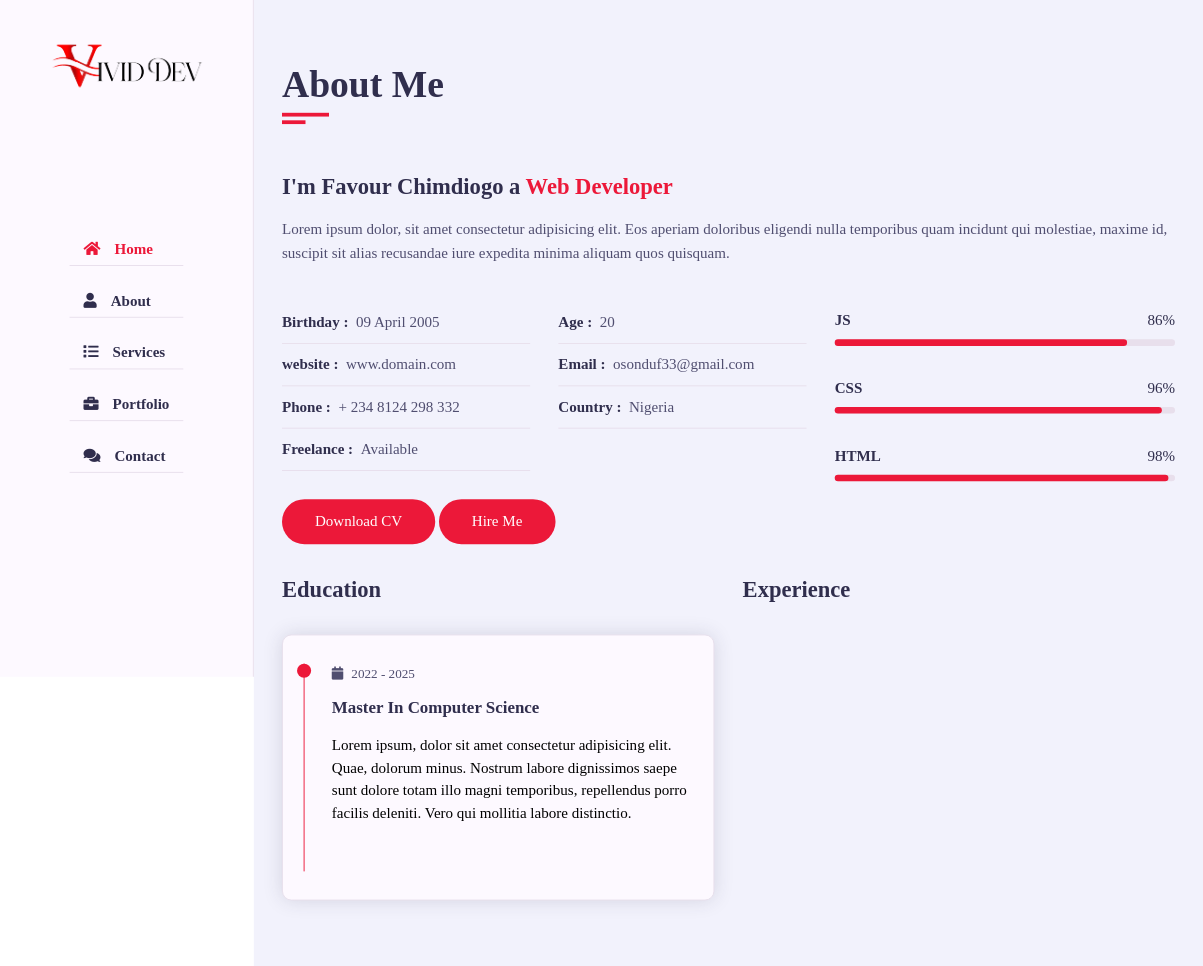
Repository: Big-Fave1/vivid-dev-portfolio
Page: build/index.html
These files come from the project's save history. The page is drawn as it stood at one moment and after the next save; the edit follows.
The browser window is 1280 px wide. The pictures show the whole page, at 94% of full size.
Some web fonts or font styles are not loaded; a fallback is used.

Above is the page before, as saved 2025-05-30 15:46:10.

### build/index.html
<!DOCTYPE html>
<html lang="en">
<head>
    <meta charset="UTF-8">
    <meta name="viewport" content="width=device-width, initial-scale=1.0">
    <title>Vivid Dev Portfolio</title>
    <link rel="stylesheet" href="css/style.css">
    <link rel="stylesheet" href="css/color-1.css">
    <link rel="stylesheet" href="https://cdnjs.cloudflare.com/ajax/libs/font-awesome/5.15.4/css/all.min.css">
</head>
<body>
    <!--- ==== main container Start==== -->
    <div class="main-container"></div>
    <!--- ==== Aside Start === -->
    <div class="aside">
        <div class="logo">
        <a href="#"><img src="img/vivid 3.png" alt=""></a>
        </div>
        <div class="nav-toggler">
            <i class="fa fa-bars" aria-hidden="true"></i>
        </div>
        <ul class="nav">
            <li><a href="#" class="active"><i class="fa fa-home"></i>Home</a></li>
            <li><a href="#"><i class="fa fa-user"></i>About</a></li>
            <li><a href="#"><i class="fa fa-list"></i>Services</a></li>
            <li><a href="#"><i class="fa fa-briefcase"></i>Portfolio</a></li>
            <li><a href="#"><i class="fa fa-comments"></i>Contact</a></li>
        </ul>
    </div>
    <!--- ==== Aside End === -->
    <!--- ==== Main content Start === -->
    <div class="main-content">
        <!--- === Home Section Start === -->
        <section class="home section hidden">
            <div class="container">
                <div class="row">
                    <div class="home-info padd-15">
                        <h3 class="hello">Hello, my name is <span class="name">Favour Chimdiogo</span></h3>
                        <h3 class="my-profession">I'm a <Span class="typing">Web Developer</Span></h3>
                        <p>I'm a web designer with extensive experience for over a year.My expertise is to create a website design, and many more...</p>
                    <a href="#contact" class="btn hire-me">Hire Me</a>
                    </div>
                    <div class="home-img padd-15">
                        <img src="img/home image.jpg" alt="">
                    </div>
                </div>
            </div>
        </section>
    <!--- === Home Section End === -->
    <!--- === About  Section Start === -->
        <section class="about section">
            <div class="container">
                <div class="row">
                    <div class="section-title padd-15">
                        <h2>About Me</h2>
                    </div>
                </div>
                <div class="row">
                    <div class="about-content padd-15">
                        <div class="row">
                            <div class="about-text padd-15">
                                <h3>I'm Favour Chimdiogo a <span>Web Developer</span></h3>
                                <p>Lorem ipsum dolor, sit amet consectetur adipisicing elit. Eos aperiam doloribus eligendi nulla temporibus quam incidunt qui molestiae, maxime id, suscipit sit alias recusandae iure expedita minima aliquam quos quisquam.</p>
                            </div>
                        </div>
                        <div class="row">
                            <div class="personal-info padd-15">
                                <div class="row">
                                    <div class="info-item padd-15">
                                        <p>Birthday : <span>09 April 2005</span></p>
                                    </div>
                                    <div class="info-item padd-15">
                                        <p>Age : <span>20</span></p>
                                    </div>
                                    <div class="info-item padd-15">
                                        <p>website : <span>www.domain.com</span></p>
                                    </div>
                                    <div class="info-item padd-15">
                                        <p>Email : <span>osonduf33@gmail.com</span></p>
                                    </div>
                                    <div class="info-item padd-15">
                                        <p>Phone : <span>+ 234 8124 298 332</span></p>
                                    </div>
                                    <div class="info-item padd-15">
                                        <p>Country : <span>Nigeria</span></p>
                                    </div>
                                    <div class="info-item padd-15">
                                        <p>Freelance : <span>Available</span></p>
                                    </div>
                                </div>
                                <div class="row">
                                    <div class="buttons padd-15">
                                        <a href="#" class="btn">Download CV</a>
                                        <a href="#contact" class="btn hire-me padd-15">Hire Me</a>
                                    </div>
                                </div>
                            </div>
                            <div class="skills padd-15">
                                <div class="row">
                                    <div class="skill-item  padd-15">
                                        <h5>JS</h5>
                                        <div class="progress">
                                            <div class="progress-in" style="width: 86%;"></div>
                                            <div class="skill-percent">86%</div>
                                        </div>
                                    </div>
                                    <div class="skill-item  padd-15">
                                        <h5>CSS</h5>
                                        <div class="progress">
                                            <div class="progress-in" style="width: 96%;"></div>
                                            <div class="skill-percent">96%</div>
                                        </div>
                                    </div>
                                    <div class="skill-item  padd-15">
                                        <h5>HTML</h5>
                                        <div class="progress">
                                            <div class="progress-in" style="width: 98%;"></div>
                                            <div class="skill-percent">98%</div>
                                        </div>
                                    </div>
                                </div>
                            </div>
                        </div>
                        <div class="row">
                            <div class="education padd-15">
                                <h3 class="title">Education</h3>
                                <div class="row">
                                    <div class="timeline-box padd-15">
                                        <div class="timeline shadow-dark">
                                            <!-- ===== timeline item ==== -->
                                             <div class="timeline-item">
                                                <div class="circle-dot"></div>
                                                <h3 class="timeline-date">
                                                    <i class="fa fa-calendar"></i> 2022 - 2025
                                                </h3>
                                                <h4 class="timeline-title">Master in computer Science</h4>
                                                <p class="timeline-text">Lorem ipsum, dolor sit amet consectetur adipisicing elit. Quae, dolorum minus. Nostrum labore dignissimos saepe sunt dolore totam illo magni temporibus, repellendus porro facilis deleniti. Vero qui mollitia labore distinctio.</p>
                                             </div>
                                        </div>
                                    </div>
                                </div>
                            </div>
                            <div class="experience padd-15">
                                <h3 class="title">Experience</h3>
                            </div>
                        </div>
                    </div>
                </div>
            </div>
        </section>
    <!--- === About  Section End === -->
    </div>
    <!--- ==== Main content End === -->
    <!--- ====main container End === -->
</body>
</html>

### build/css/style.css

@import url('https://fonts.googleapis.com/css2?family=Clicker+Script&family=Poppins:ital,wght@0,100;0,200;0,300;0,400;0,500;0,600;0,700;0,800;0,900;1,100;1,200;1,300;1,400;1,500;1,600;1,700;1,800;1,900&display=swap');

:root
{
    --bg-black-900:#f2f2fc;
    --bg-black-100:#fdf9ff;
    --bg-black-50:#e8dfec;
    --text-black-900:#302e4d;
    --text-black-700:#504e70;

}

body
{
    line-height:1.5;
    font-size:16px;
    font-family: 'Poppins'sans-serif;
}

*
{
    margin: 0;
    padding: 0;
    outline: none;
    text-decoration: none;
    text-decoration: none;
    box-sizing: border-box;
}
::before, ::after
{
    box-sizing: border-box;
}
ul
{
    list-style: none;
}
.section
{
    background:var(--bg-black-900);
    min-height: 100vh;
    display: block;
    padding: 0 30px;
    opacity: 1;
}
.hidden
{
    display: none !important;
}
.main-content
{
    padding-left: 270px;
}
.padd-15
{
    padding-left: 15px;
    padding-right: 15px;
}
.container{
    max-width: 1100px;
    width: 100%;
    margin: auto;
}
.section .container
{
    padding-top: 60px;
    padding-bottom: 70px;

}
.section-title
{
    flex: 0 0 100%;
    max-width: 100%;
    margin-bottom: 60px;

}
.section-title h2
{
    font-size: 40px;
    color: var(--text-black-900);
    font-weight: 700;
    position: relative;
}
.section-title h2::before
{
   content: '';
   height: 4px;
   width: 50px;
   background-color: var(--skin-color);
   position: absolute;
   top: 100%;
   left: 0;
}
.section-title h2::after
{
   content: '';
   height: 4px;
   width: 25px;
   background-color: var(--skin-color);
   position: absolute;
   top: 100%;
   left: 0;
   margin-top:8px;
}
.row
{
    display: flex;
    flex-wrap: wrap;
    margin-left: -15px;
    margin-right: -15px;
    position: relative;
}
.btn
{
    font-size: 16px;
    font-weight: 500;
    padding: 12px 35px;
    background: var(--skin-color);
    color: white;
    border: none;
    display: inline-block;
    white-space: nowrap;
    transition: all 0.3s ease;
    border-radius:40px;
}
.btn:hover
{
    transform: scale(1.05);
}
.shadow-dark
{
    box-shadow: 0 0 20px rgba(48, 46,77, 0.15);
}
/* aside */
.aside
{
width: 270px;
background:var(--bg-black-100);
position: fixed;
left: 0;
top: 0;
padding: 30px;
height: 100%;
border-right:1px solid var(--bg-black-50);
z-index: 10;
display: flex;
justify-content: center;
align-items: center;
}
.aside .logo
{
    position: absolute;
    top: -30px;
    ;
}
.aside .logo a
{
    color: var(--bg-black-900);
    font-weight: 700;
    padding: 15px 20px;
    font-size: 30px;
    position: relative;
}
/*.aside .logo a span
.aside .logo a:before
{
    content:'';
    position: absolute;
    width: 20px;
    height: 20px;
    border-bottom: 5px solid var(--skin-color);
    border-left: 5px solid var(--skin-color);
    bottom: 0;
    left: 0;

}
.aside .logo a:after
{
    content:'';
    position: absolute;
    width: 20px;
    height: 20px;
    border-top: 5px solid var(--skin-color);
    border-right: 5px solid var(--skin-color);
    top: 0;
    right: 0;

}
    */
.aside .nav-toggler
{
    height: 40px;
    width: 45px;
    border: 1px solid var(--bg-black-50);
    cursor: pointer;
    position: fixed;
    left: 300px;
    top: 20px;
    color: var(--skin-color);
    border-radius: 5px;
    background:var(--bg-black-100);
    display: none;
    align-items:center;
    justify-content: center;
}
.aside .nav
{
    margin-top: 50px;
}
.aside .nav li
{
    margin-bottom: 20px;
    display: block;
}
.aside .nav li a
{
    font-size: 16px;
    font-weight: 600;
    display: block;
    border-bottom:1px solid var(--bg-black-50);
    color:var(--text-black-900);
    padding: 5px 15px;
}
.aside .nav li a.active
{
    color:var(--skin-color);
}
.aside .nav li a i
{
    margin-right: 15px;

}
/* home*/
.home
{
    min-height: 100vh;
    display: flex;
    color: var(--text-black-900);

}
.home-info
{
    flex: 0 60%;
    max-width: 60%;
}
h3.hello
{
    font-size: 28px;
    margin: 15PX 0;
}
h3.hello span
{
    font-family: 'clicker script', cursive;
    font-size: 30px;
    font-weight: 700;
    color:var(--skin-color);
}
h3.my-profession
{
    font-size:30px;
    margin: 15px 0;
}
.typing
{
    color: var(--skin-color);
}
.home-info p
{
    margin-bottom: 70px;
    font-size: 20px;
    color: var(--text-black-700);
}
.home .home-img
{
    flex: 0 0 40%;
    max-width: 40%;
    text-align: center;
    position: relative;
}
.home-img::after
{
    content: '';
    position: absolute;
    height: 80px;
    width: 80px;
    right: 20px;
    bottom: -40px;
    border-bottom: 10px solid var(--skin-color);
    border-right: 10px solid var(--skin-color);
}
.home-img::before
{
    content: '';
    position: absolute;
    height: 80px;
    width: 80px;
    left: -20px;
    top: -40px;
    border-top: 10px solid var(--skin-color);
    border-left: 10px solid var(--skin-color);
}
.home .home-img img
{
    margin: auto;
    border-radius:5px;
    height: 400px;
}
/* About */
.about .about-content
{
    flex: 0 0 100%;
    max-width: 100%;
}
.about .about-content .about-text
{
    flex: 0 0 100%;
    max-width: 100%;
}
.about .about-content .about-text h3
{
    font-size: 24px;
    margin-bottom: 15px;
    font-weight: 700;
    color:var(--text-black-900);
}
.about .about-content .about-text h3 span
{
    color:var(--skin-color);
}
.about .about-content .about-text p
{
    font-size:16px;
    line-height: 25px;
    color: var(--text-black-700);
}
.about .about-content .personal-info
{
    flex: 0 0 60%;
    max-width: 60%;
    margin-top: 40px;
}
.about .about-content .personal-info .info-item p
{
    font-weight: 600;
    padding: 10px 0;
    font-size: 16px;
    color: var(--text-black-900);
    border-bottom: 1px solid var(--bg-black-50);
}
.about .about-content .personal-info .info-item p span
{
    font-weight: 400;
    color: var(--text-black-700);
    margin-left: 4px;
    display: inline-block;
}
.about .about-content .personal-info .info-item
{
    flex: 0 0 50%;
    max-width: 50%;
}
.about .about-content .personal-info .buttons
{
    margin-top: 30px;

}
.about .about-content .personal-info .buttons.btn
{
    margin-right: 30px;
    margin-top: 10px;

}
.about .about-content .skills
{
    flex: 0 0 40%;
    max-width: 40%;
    margin-top: 40px;
}
.about .about-content .skills .skill-item
{
    flex: 0 0 100%;
    max-width: 100%;
}
.about .about-content .skills .skill-item h5
{

    line-height: 40px;
    font-weight: 600;
    font-size: 16px;
    color: var(--text-black-900);
    text-transform: capitalize;
}
.about .about-content .skills .skill-item .progress
{
    background-color: var(--bg-black-50);
    height: 7px;
    border-radius:  4px;
    width: 100%;
    position: relative;
}
.about .about-content .skills .skill-item
{
    margin-bottom: 25px;
}
.about .about-content .skills .skill-item .progress .progress-in
{
    position: absolute;
    left: 0;
    top: 0;
    height: 100%;
    border-radius: 4px;
    background-color: var(--skin-color);
}
.about .about-content .skills .skill-item .skill-percent
{
    position: absolute;
    right: 0;
    color: var(--text-black-900);
    top: -40px;
    font-weight: 400;
    line-height: 40px;
}
.about .about-content .education,
.about .about-content .experience
{
    flex: 0 0 50%;
    max-width: 50%;
    margin-top: 30px;
}
.about .about-content h3.title
{
    font-size: 24px;
    margin-bottom: 30px;
    font-weight: 700;
    color: var(--text-black-900);
}
.about .about-content .timeline
{
   background-color: var(--bg-black-100);
   padding: 30px 15px;
   border: 1px solid  var(--bg-black-50);
   border-radius: 10px;
   width: 100%;
   position: relative;
}
.about .about-content .timeline .timeline-item
{
    position: relative;
    padding-left:  37px;
    padding-bottom: 50px;
}
.about .about-content .timeline .timeline-item::before
{
    content: '';
    width: 1px;
    position: absolute;
    height: 100%;
    left: 7px;
    top: 0;
    background-color: var(--skin-color);
}
.about .about-content .timeline .circle-dot
{
    position: absolute;
    left: 0;
    top: 0;
    height: 15px;
    width: 15px;
    border-radius: 50%;
    background-color: var(--skin-color);
}

.about .about-content .timeline .timeline-date
{
    font-weight: 400;
    font-size: 14px;
    margin-bottom: 12px;
    color: var(--text-black-700);
}
.about .about-content .timeline .timeline-date .fa
{
    margin-right: 5px;
}
.about .about-content .timeline .timeline-title
{
    font-weight: 700;
    font-size: 18px;
    margin-bottom: 15px;
    text-transform: capitalize;
    color: var(--text-black-900);
}

### build/css/color-1.css

:root
{
    --skin-color:#ec1839;
}

After the next save:
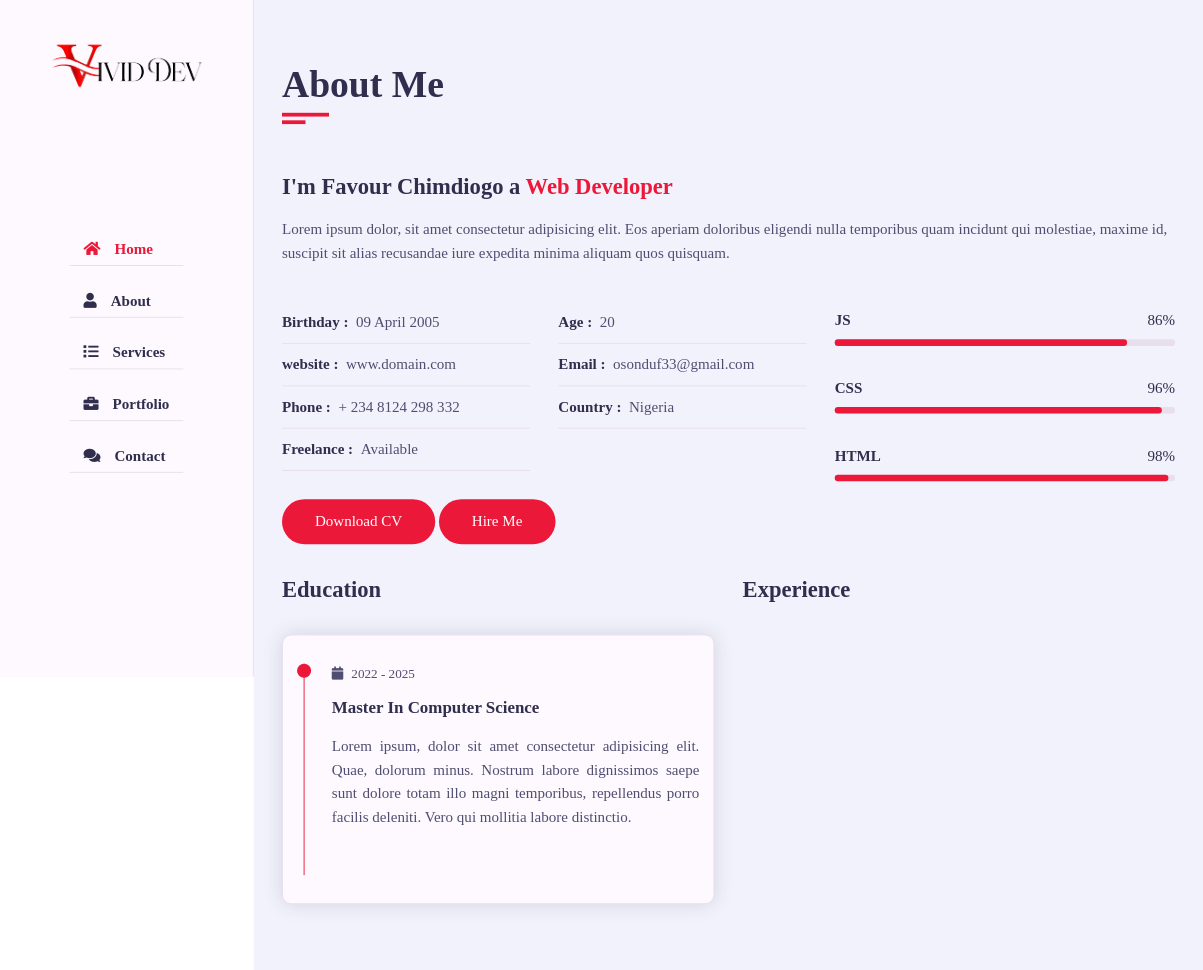
Saved 94 s later.
--- a/build/css/style.css
+++ b/build/css/style.css
@@ -489,3 +489,10 @@ h3.my-profession
     text-transform: capitalize;
     color: var(--text-black-900);
 }
+.about .about-content .timeline .timeline-text
+{
+    line-height: 25px;
+    font-size: 16px;
+    text-align: justify;
+    color: var(--text-black-700);
+}
